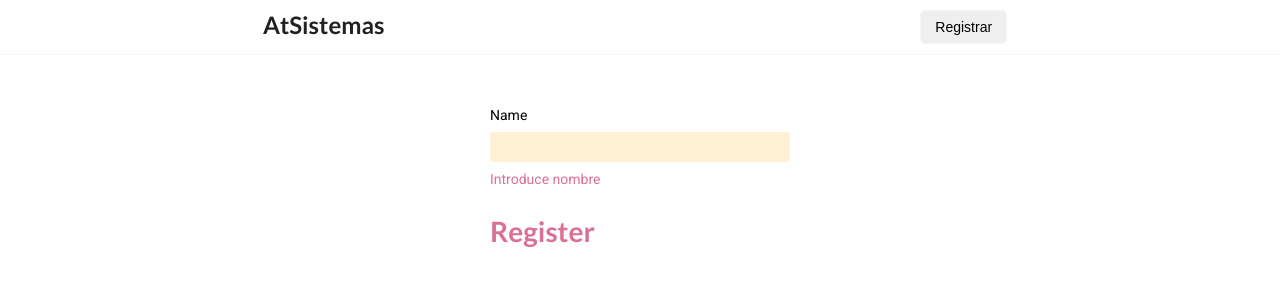
Repository: banchiec/atsistemas
Page: /site/register-site
These files come from the project's save history. The page is drawn as it stood at one moment and after the next save; the edit follows.
The browser window is 1280 px wide. The pictures show the whole page.
The project was rebuilt for these pictures with package versions that can differ from the ones it lists, and the page was loaded fresh each time. Also part of the build but not shown: src/components/SiteCard/SiteCard.js, src/redux/actions/sitesActions.js, src/screens/SiteScreen/SiteScreen.js, src/screens/SiteDetailsScreen/SiteDetailsScreen.js.

Above is the page before, as saved 2022-08-16 14:13:04.

### src/index.js
import React from "react";
import ReactDOM from "react-dom";
import App from "./App";
import store from "./redux/store";
import { Provider } from "react-redux";

ReactDOM.render(
  <React.StrictMode>
    <Provider store={store}>
      <App />
    </Provider>
  </React.StrictMode>,
  document.getElementById("root")
);

### src/App.js
import React from "react";
import { BrowserRouter as Router, Switch, Route } from "react-router-dom";
import SiteScreen from "./screens/SiteScreen/SiteScreen";
import SiteDetailsScreen from './screens/SiteDetailsScreen/SiteDetailsScreen'
import Header from "./components/Header/Header";
import "./App.css";
import RegisterSiteScreen from "./screens/RegisterSiteScreen/RegisterSiteScreen";

function App() {
  return (
    <div className="App">
      <Header/>
      <Router>
        <Switch>
          <Route path="/" exact component={SiteScreen} />
          <Route path="/site/register-site" exact component={RegisterSiteScreen} />
          <Route path="/site/:siteId" exact component={SiteDetailsScreen} />
          <Route>404 Not Found!</Route>
        </Switch>
      </Router>
    </div>
  );
}

export default App;

### src/components/Header/Header.js
import {ContainerHeader} from './headerStyled'

const Header = () => {
  function handleClick(){
    console.log("Object");
  }
	return(
    <ContainerHeader>
      <div>
        <h2>AtSistemas</h2>
      </div>
      <div>
        <button onClick={handleClick}>Registrar</button>
      </div>
    </ContainerHeader>
	)
}
export default Header

### src/App.css
* {
  font-family: "Roboto", sans-serif;
  padding: 0;
  margin: 0;
}

.ui.cards > .card > .image {
  height: 250px;
  padding: 20px;
  background: #fff;
  margin: auto;
}
.ui.cards > .card > .image > img {
  height: 100%;
  max-width: 100%;
  width: auto;
}
.ui.cards > .card > .content > .header {
  height: 48px;
  overflow: hidden;
  margin-bottom: 5px;
}
.ui.cards > .card > .content > .list{
  height: 36px;
  margin-bottom: 0px;
  overflow: hidden;
}
.ui.cards > .card .meta.name{
  margin-bottom: 5px;
  font-size: 18px;
  color: #333;
  font-weight: 600;
}

.ui.cards > .card .meta.name> a {
  font-size: 1.3rem;
  color: #222;
}

.ui.menu.fixed {
  height: 60px;
  padding-top: 15px;
}

.ui.grid.container {
  margin-top: 200px;
}

.ui.grid > .row {
  background: #fff;
}
.ui.grid > .row > .column.lp {
  padding: 20px 40px 20px 20px;
  align-self: flex-start !important;
}
.ui.grid > .row > .column.rp {
  padding: 20px 20px 20px 40px;
  text-align: left;
  align-self: flex-start !important;
}

.ui.grid > .row > .column > img,
.ui.grid > .row > img {
  height: 100%;
}
.ui.placeholder .header:not(:first-child):before,
.ui.placeholder .image:not(:first-child):before,
.ui.placeholder .paragraph:not(:first-child):before {
  display: none;
}

.ui.label,
.ui.labels .label {
  font-size: 22px;
}

.column.rp h1 {
  color: #333;
}
.column.rp p {
  font-size: 18px;
  color: #777;
}
.ui.placeholder.segment .column .button,
.ui.placeholder.segment .column .field,
.ui.placeholder.segment .column textarea,
.ui.placeholder.segment .column > .ui.input {
  background-color: #ff3e6c;
  border: 1px solid #ff3e6c;
  color: #fff;
  font-size: 18px;
  margin-left: 0;
}

### src/screens/RegisterSiteScreen/RegisterSiteScreen.js
import { ContainerRegisterSiteScreen, FormControl, Input, Label, Message } from "./registerSiteScreenStyled"

const RegisterSiteScreen = () => {

	const handleSubmit = () => {
		console.log("object");
	}
	return(
		<ContainerRegisterSiteScreen>
			<FormControl>
				<Label htmlFor="label">
					Name
				</Label>
				<Input id='label'/>
				<Message>Introduce nombre</Message>
				<form onSubmit={handleSubmit}>
				</form>
				<h1>Register</h1>
			</FormControl>
		</ContainerRegisterSiteScreen>
	)
}
export default RegisterSiteScreen

### src/redux/reducers/index.js
import { combineReducers } from "redux";
import { sitesReducer, selectedSiteReducer } from "./sitesReducer";
const reducers = combineReducers({
  allSites: sitesReducer,
  site: selectedSiteReducer,
});
export default reducers;

### src/components/Header/headerStyled.js
import styled from 'styled-components'

const ContainerHeader = styled.div`
	display: flex;
	flex-direction: row;
	border-bottom: 1px solid whitesmoke;
	justify-content: space-around;
	div {
		padding: 10px;
		button{
			border-radius: 5px;
			padding: 8px 14px 8px 14px;
			border: 1px solid whitesmoke;
			margin: 0px 10px 0px 10px;
			:hover {
				background: black ;
				color: white;
				transition: 1s ease-out;
			}
		}
	}
`
export {
	ContainerHeader
}

### src/screens/RegisterSiteScreen/registerSiteScreenStyled.js
import styled from "styled-components";

export const ContainerRegisterSiteScreen = styled.div`
	display: flex;
	flex-direction: row;
	justify-content: center;
	align-items: center;
`
export const FormControl = styled.div`
	color: palevioletred;
	display: block;
	width: 300px;
	margin: 50px auto;
`
export const Label = styled.label`
	display: block;
	margin-bottom: 0.5em;
	color: black;
`
export const Input = styled.input`
	padding:  0.5em;
	color: black;
	background:  papayawhip;
	border: none;
	border-radius: 3px;
	width: 100%;
	margin-bottom: 0.5em;
`
export const Message = styled.label`
	margin-bottom: 0.5em;
	color: palevioletred;
	display: block;
`

### src/redux/reducers/sitesReducer.js
import { ActionTypes } from "../constants/action-types";
const intialState = {
  sites: [],
};

export const sitesReducer = (state = intialState, { type, payload }) => {
  switch (type) {
    case ActionTypes.SET_SITES:
      return {
        ...state,
        sites: payload
      };
    default:
      return state;
  }
};

export const selectedSiteReducer = (state = {}, { type, payload }) => {
  switch (type) {
    case ActionTypes.SELECTED_SITE:
      return {
        ...state,
        ...payload
      };
    case ActionTypes.REMOVE_SELECTED_SITE:
      return {};
    default:
      return state;
  }
};

### src/redux/constants/action-types.js
export const ActionTypes = {
  FETCH_SITES: 'FETCH_SITES',
  SET_SITES: "SET_SITES",
  SELECTED_SITE: "SELECTED_SITE",
  REMOVE_SELECTED_SITE: "REMOVE_SELECTED_SITE",
};

Loaded but not shown: public/index.html (common file); src/redux/store.js (common file)

After the next save:
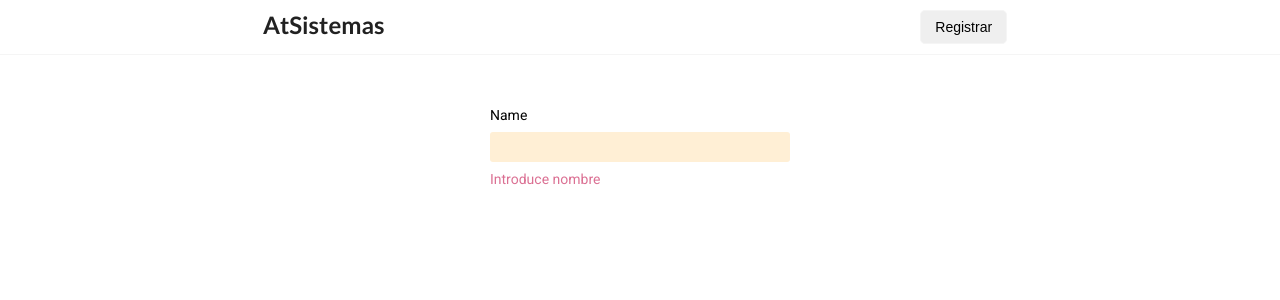
Saved 57 s later.
--- a/src/screens/RegisterSiteScreen/RegisterSiteScreen.js
+++ b/src/screens/RegisterSiteScreen/RegisterSiteScreen.js
@@ -13,9 +13,6 @@ const RegisterSiteScreen = () => {
 				</Label>
 				<Input id='label'/>
 				<Message>Introduce nombre</Message>
-				<form onSubmit={handleSubmit}>
-				</form>
-				<h1>Register</h1>
 			</FormControl>
 		</ContainerRegisterSiteScreen>
 	)
